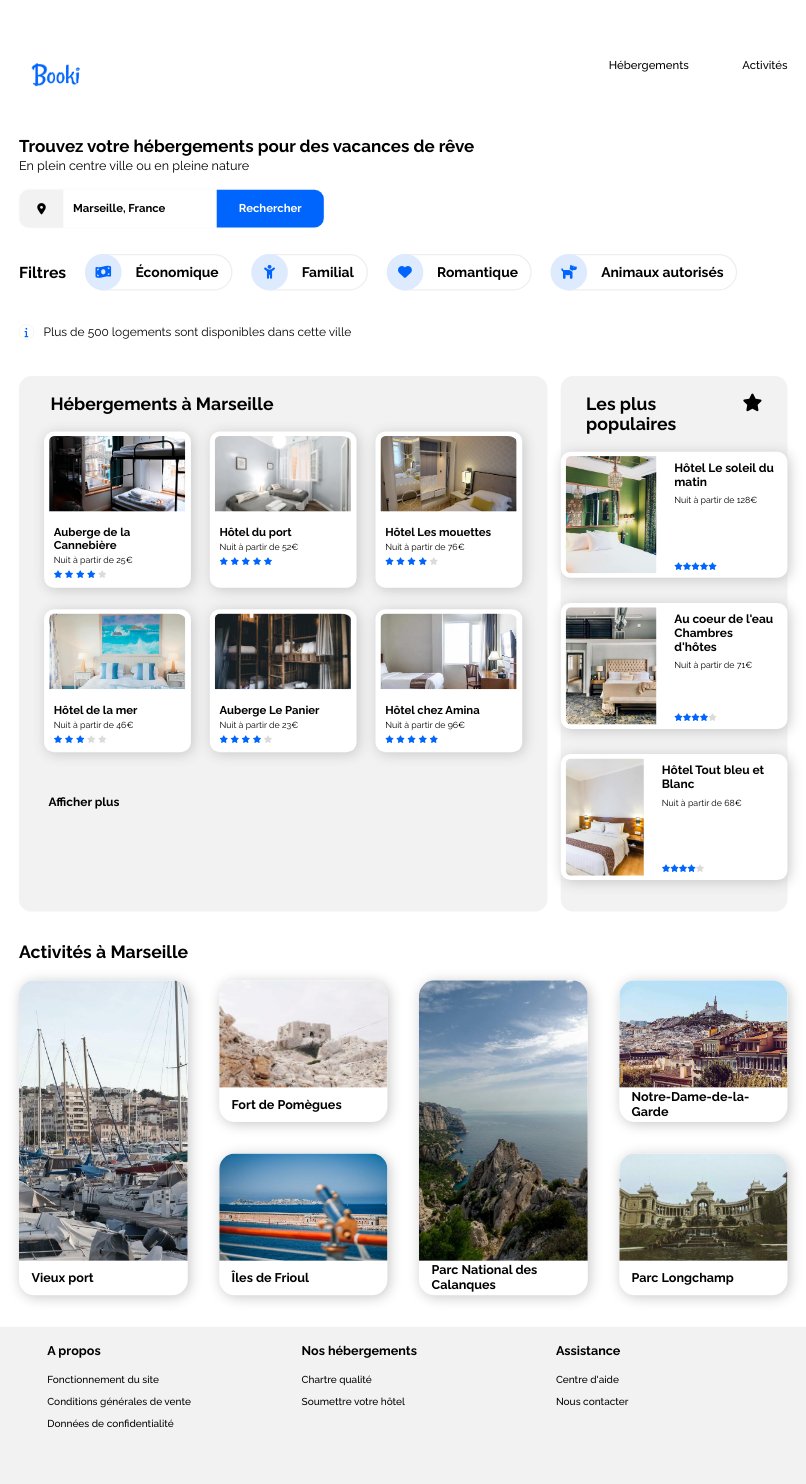
Repository: leandroBarbosaFR/booki
Page: index.html
The author's editor kept a copy of each file at every save. The page is drawn from the files as they stood at one save, then again after the next save.
The browser window is 1280 px wide. The pictures show the whole page, at 63% of full size.

Above is the page before, as saved 2022-07-22 15:10:57.

After the next save:
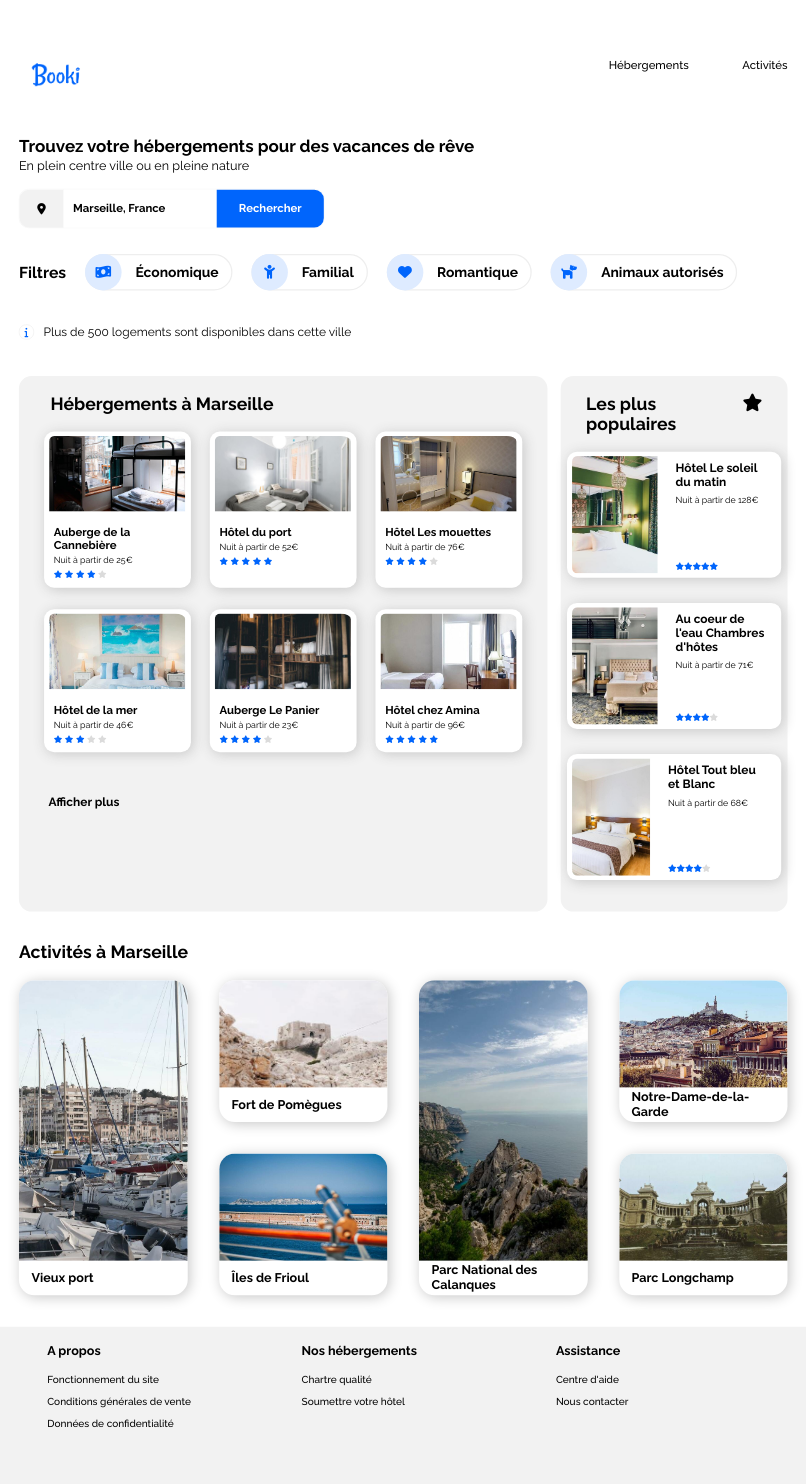
Saved 7 s later.
--- a/css/style.css
+++ b/css/style.css
@@ -584,6 +584,6 @@
       padding: 0 10px;
   }
   .columndeux {
-      padding: 0 0px;
-  }
-}
+      padding: 0 10px;
+  }
+}
